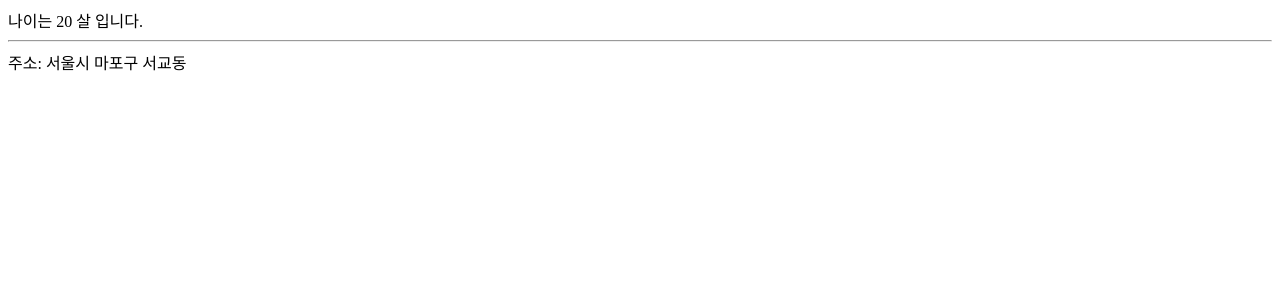
Repository: Jin0207/jsp
Page: http://localhost/day1213/main.jsp
The author's editor kept a copy of each file at every save. The page is drawn from the files as they stood at one save, then again after the next save.
The browser window is 1280 px wide. The pictures show the whole page.
The page is served by Tomcat 9.

Above is the page before, as saved 2021-12-13 01:08:36.

After the next save:
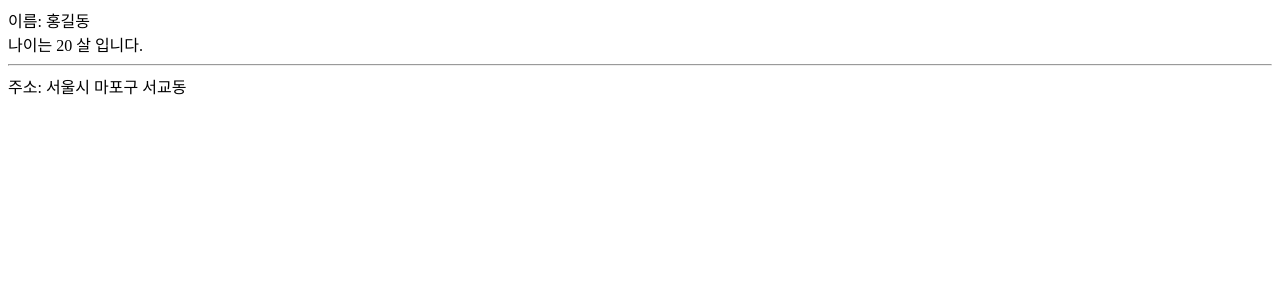
Saved 13 s later.
--- a/day1213/src/main/webapp/main.jsp
+++ b/day1213/src/main/webapp/main.jsp
@@ -7,6 +7,7 @@
 <title>Insert title here</title>
 </head>
 <body>
+	이름: 홍길동 <br>
 	<%@ include file="age.jsp" %>
 	<%@ include file="addr.jsp" %>
 </body>
